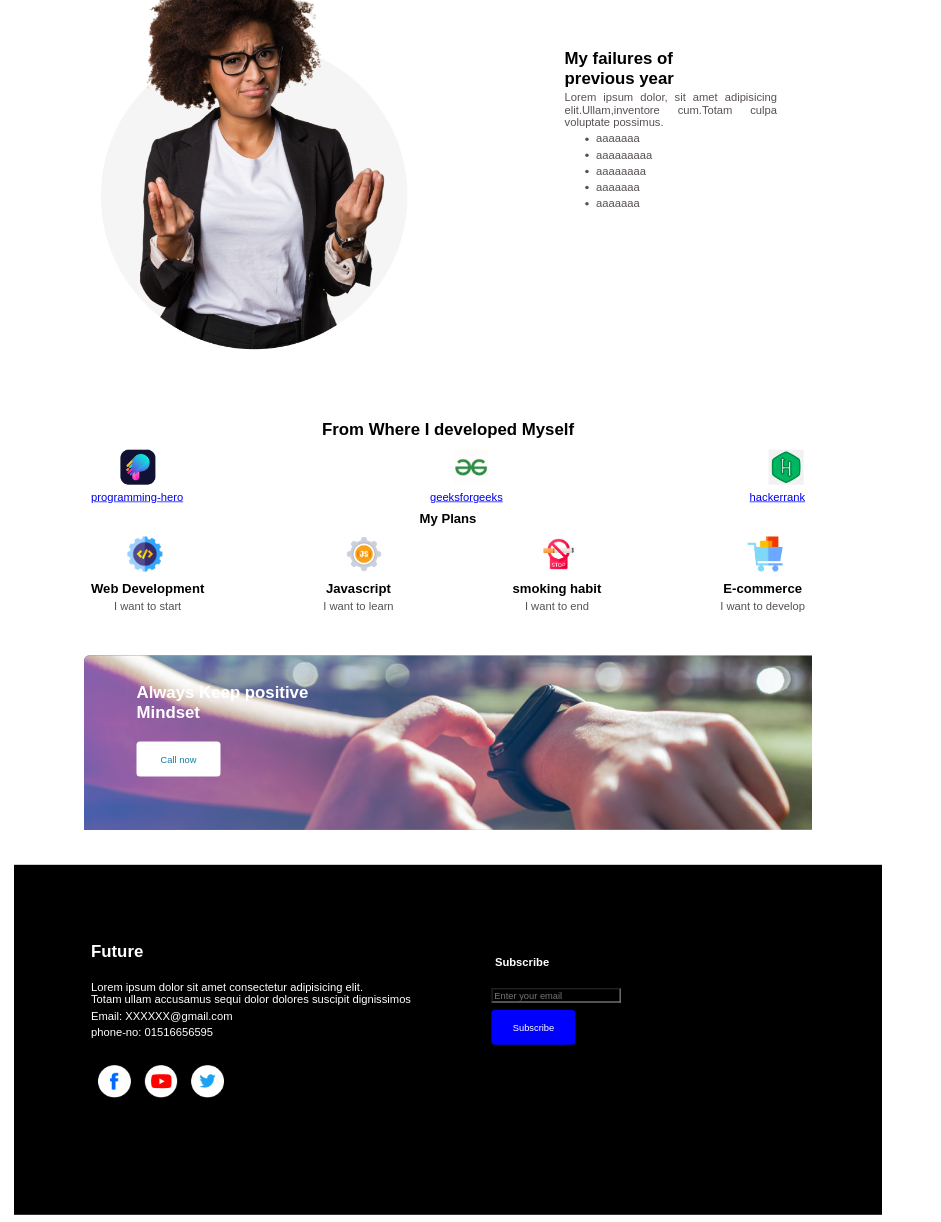
Repository: sadiaafsana138/All-Thinks-Are-Possible-Website
Page: index.html
An editor plug-in stored every save of this project. The page is shown before and after the next save, followed by the edit.
The browser window is 1280 px wide. The page is 1344 px wide, so the pictures cover 1344 px, including what lies to the right of the window. The pictures show the part of the page from y = 929 to 2769 px (the page is 2674 px tall before and 2769 px after), at 70% of full size.

Above is the page before, as saved 2023-01-08 15:13:50.

After the next save:
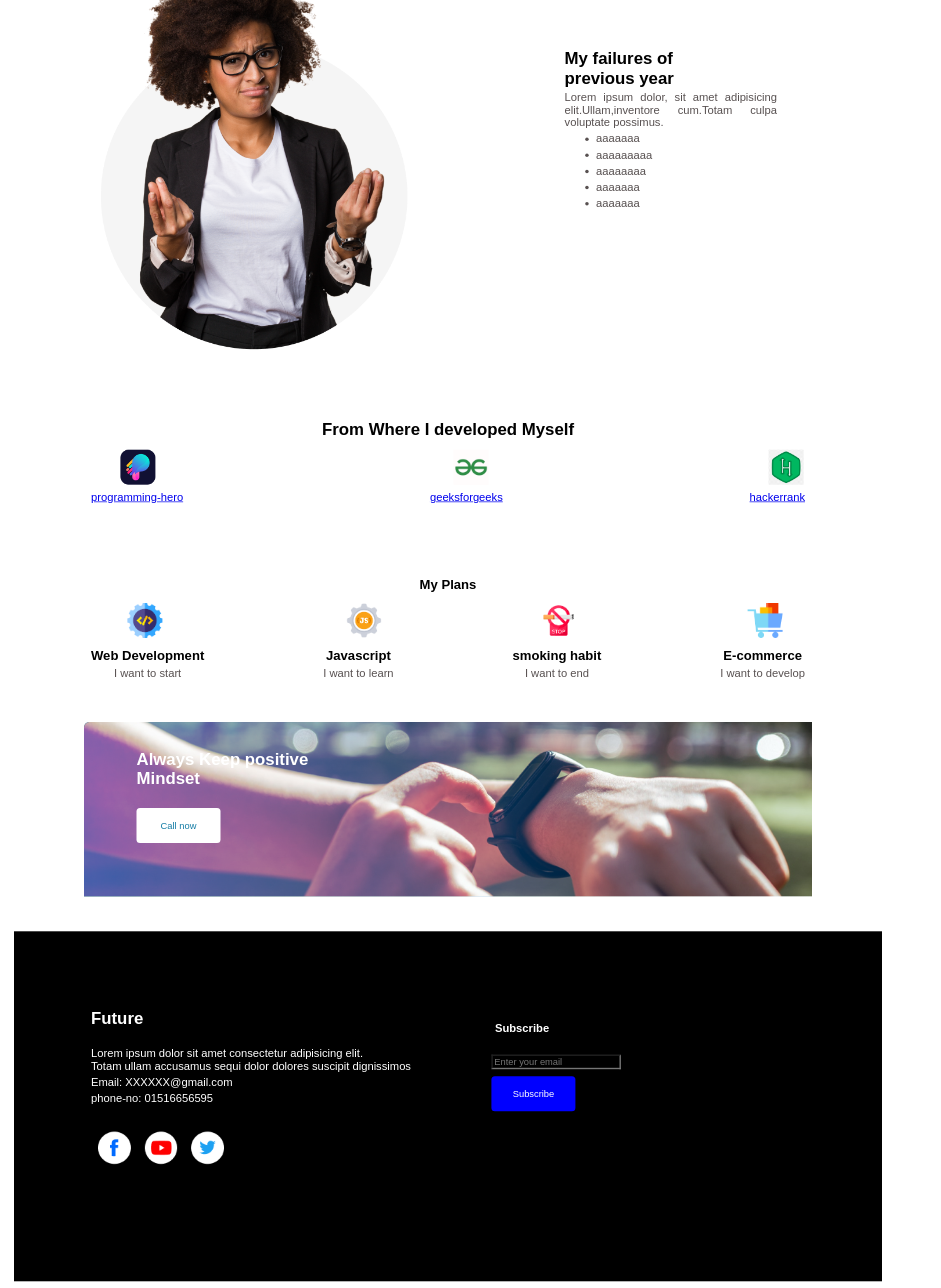
Saved 108 s later.
--- a/styles/web.css
+++ b/styles/web.css
@@ -76,6 +76,9 @@ font-family: Arial, Helvetica, sans-serif;
     padding-left: 30%;
     height: 50px;
     width: 50px;
+}
+.section3{
+    margin-top: 100px;
 }
 .section3 h3{
     text-align: center;
